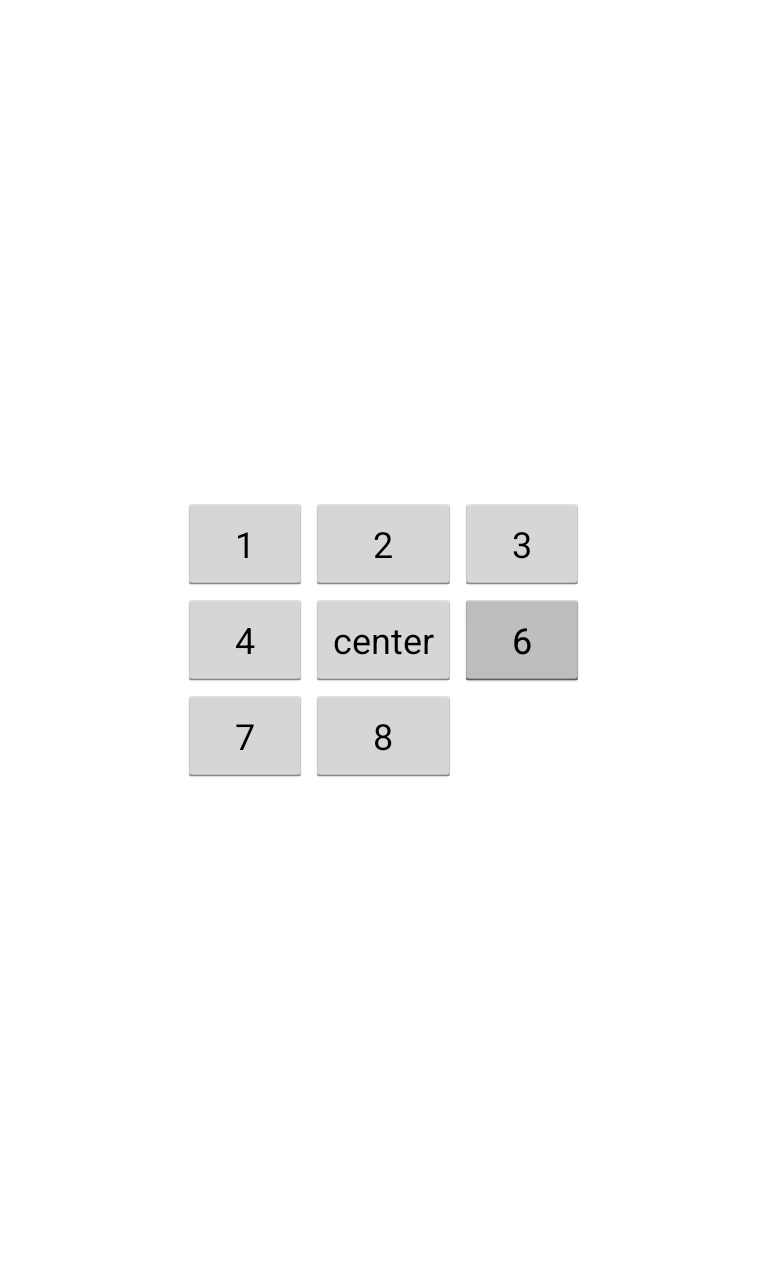
Repository: qwer2714856/Android_learn
Layout: relativeLayoutDeom/res/layout/activity_main.xml
An editor plug-in stored every save of this project. The layout is shown before and after the next save, followed by the edit.
It is drawn on a 768 x 1280 px phone screen (xhdpi) without system bars, with theme AppTheme; the app's code is not run.

Above is the layout before, as saved 2015-09-29 03:57:41.

### relativeLayoutDeom/res/layout/activity_main.xml
<RelativeLayout xmlns:android="http://schemas.android.com/apk/res/android"
    xmlns:tools="http://schemas.android.com/tools"
    android:layout_width="match_parent"
    android:layout_height="match_parent"
    tools:context="com.theadventus.relativelayoutdeom.MainActivity" >


    <Button
        android:layout_width="wrap_content"
        android:layout_height="wrap_content"
        android:text="center"
        android:id="@+id/a5"
        android:layout_centerInParent="true"
        />


    <Button
        android:layout_width="wrap_content"
        android:layout_height="wrap_content"
        android:text="2"
        android:id="@+id/a2"
        android:layout_alignLeft="@id/a5"
        android:layout_alignRight="@id/a5"
        android:layout_above="@id/a5"
        />


     <Button
        android:layout_width="wrap_content"
        android:layout_height="wrap_content"
        android:text="8"
        android:id="@+id/a8"
        android:layout_alignLeft="@id/a5"
        android:layout_alignRight="@id/a5"
        android:layout_below="@id/a5"
        />

     <Button
        android:layout_width="wrap_content"
        android:layout_height="wrap_content"
        android:text="1"
        android:id="@+id/a1"
        android:layout_toLeftOf="@id/a2"
        android:layout_above="@id/a5"
        />

     <Button
        android:layout_width="wrap_content"
        android:layout_height="wrap_content"
        android:text="4"
        android:id="@+id/a4"
        android:layout_below="@id/a1"
        android:layout_alignLeft="@id/a1"
        android:layout_alignRight="@id/a1"
        />

     <Button
        android:layout_width="wrap_content"
        android:layout_height="wrap_content"
        android:text="7"
        android:id="@+id/a7"
        android:layout_below="@id/a4"
        android:layout_alignLeft="@id/a4"
        android:layout_alignRight="@id/a4"
        />



     <Button
        android:layout_width="wrap_content"
        android:layout_height="wrap_content"
        android:text="3"
        android:id="@+id/a3"

        android:layout_above="@id/a5"
        android:layout_toRightOf="@id/a2"

        />

      <Button
        android:layout_width="wrap_content"
        android:layout_height="wrap_content"
        android:text="6"
        android:id="@+id/a6"

        android:layout_below="@id/a3"
        android:layout_alignLeft="@id/a3"
        android:layout_alignRight="@id/a3"

        />

      <Button
        android:layout_width="wrap_content"
        android:layout_height="wrap_content"
        android:text="6"
        android:id="@+id/a6"

        android:layout_below="@id/a3"
        android:layout_alignLeft="@id/a3"
        android:layout_alignRight="@id/a3"

        />


</RelativeLayout>

Loaded but not shown: relativeLayoutDeom/res/values/styles.xml (common file); relativeLayoutDeom/res/values-v11/styles.xml (common file); relativeLayoutDeom/res/values-v14/styles.xml (common file)

After the next save:
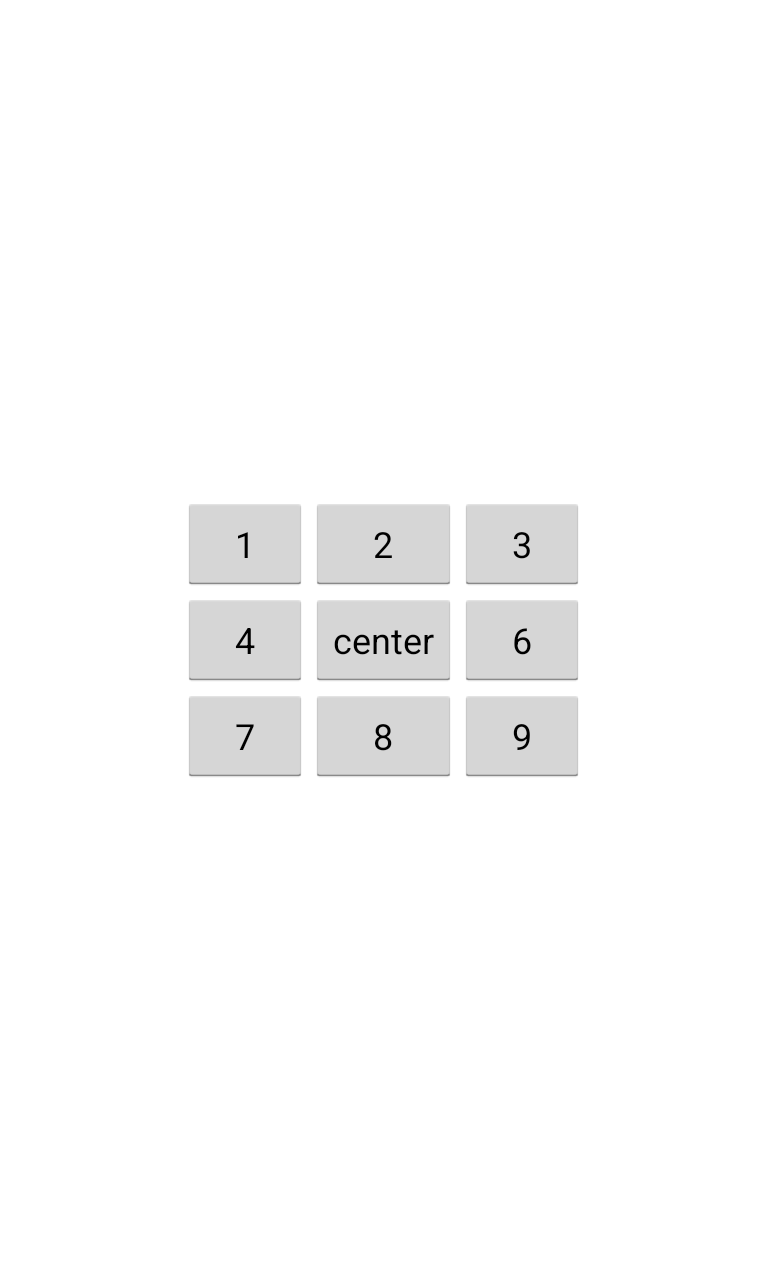
Saved 18 s later.
--- a/relativeLayoutDeom/res/layout/activity_main.xml
+++ b/relativeLayoutDeom/res/layout/activity_main.xml
@@ -92,12 +92,12 @@
       <Button
         android:layout_width="wrap_content"
         android:layout_height="wrap_content"
-        android:text="6"
-        android:id="@+id/a6"
+        android:text="9"
+        android:id="@+id/a9"
 
-        android:layout_below="@id/a3"
-        android:layout_alignLeft="@id/a3"
-        android:layout_alignRight="@id/a3"
+        android:layout_below="@id/a6"
+        android:layout_alignLeft="@id/a6"
+        android:layout_alignRight="@id/a6"
 
         />
 
